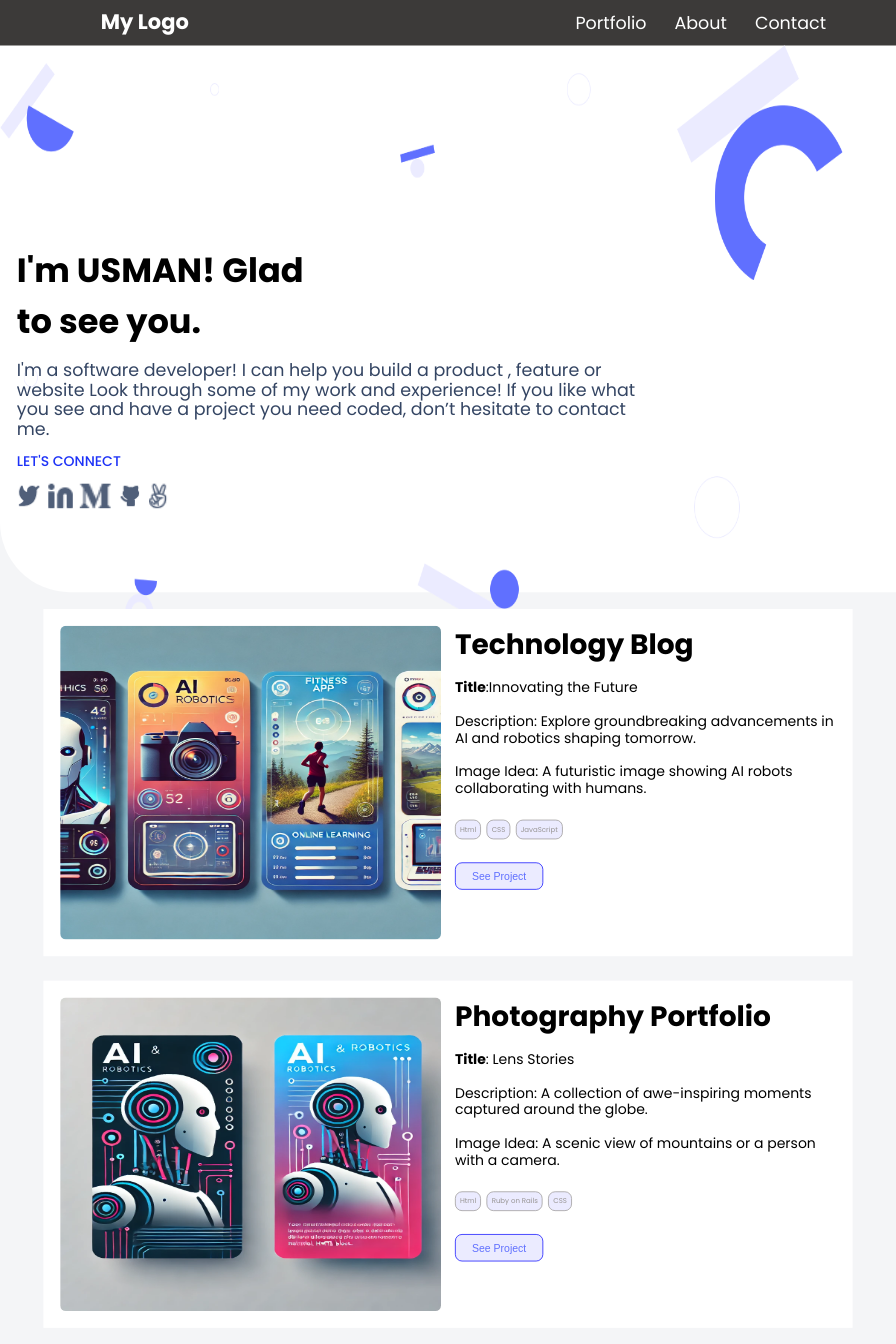
Repository: usman3123/portfolio-template-3
Page: index.html
An editor plug-in stored every save of this project. The page is shown before and after the next save, followed by the edit.
The browser window is 1280 px wide. The pictures show the part of the page from y = 0 to 1920 px (the page is 4283 px tall), at 70% of full size.
Some web libraries are served in a nearby version.

Above is the page before, as saved 2025-03-13 10:19:24.

### index.html
<!DOCTYPE html>
<html lang="en">
<head>
  <meta charset="UTF-8">
  <meta name="viewport" content="width=device-width, initial-scale=1.0">
  <title>project 2</title>
  <link rel="stylesheet" href="style.css">
  <link href='https://unpkg.com/boxicons@2.1.4/css/boxicons.min.css' rel='stylesheet'>
  <link rel="stylesheet" href="https://cdnjs.cloudflare.com/ajax/libs/font-awesome/6.6.0/css/all.min.css" integrity="sha512-Kc323vGBEqzTmouAECnVceyQqyqdsSiqLQISBL29aUW4U/M7pSPA/gEUZQqv1cwx4OnYxTxve5UMg5GT6L4JJg==" crossorigin="anonymous" referrerpolicy="no-referrer" />
  <link rel="stylesheet" href="https://cdnjs.cloudflare.com/ajax/libs/font-awesome/6.6.0/css/all.min.css" integrity="sha512-Kc323vGBEqzTmouAECnVceyQqyqdsSiqLQISBL29aUW4U/M7pSPA/gEUZQqv1cwx4OnYxTxve5UMg5GT6L4JJg==" crossorigin="anonymous" referrerpolicy="no-referrer" />

  <link rel="stylesheet" href="https://cdnjs.cloudflare.com/ajax/libs/font-awesome/6.7.2/css/all.min.css">
  <link rel="preconnect" href="https://fonts.googleapis.com">
<link rel="preconnect" href="https://fonts.gstatic.com" crossorigin>
<link href="https://fonts.googleapis.com/css2?family=Poppins:ital,wght@0,100;0,200;0,300;0,400;0,500;0,600;0,700;0,800;0,900;1,100;1,200;1,300;1,400;1,500;1,600;1,700;1,800;1,900&display=swap" rel="stylesheet">
</head>

<body>
<div class="herostyle"></div>
  <section class="wholebody">
    <section class="webpage">
      <!-- Navbar -->

    <div class="hero-page">
      <div class="header-div">
        <nav class="nav-bar flex">
            <h4 class="nav-heading">My Logo</h4>
            <div class="nav-links flex">
                <a  class="link">Portfolio</a>
                <a href="#myabout" class="link">About</a>
                <a href="#mycontact" class="link" >Contact</a>
            </div>
            <i class="fa-solid fa-light fa-bars fa-xl nav-icon" id="nav-icon"></i>
        </nav>
    </div>

      <!-- Main Content -->
      <section id="myportfolio" class="hero-section flex">
        <div class="hero-content flex">
            <h1 class="hero-head"> I'm USMAN!
              Glad to see you.
          </h1>
          <p class="hero-p">
            I'm a software developer! I can help you build a product , feature or website Look through  some of my work and experience! If you like what you see and have a project you need coded, don’t hesitate to contact me.
          </p>
        <p class="let-connect"> LET'S CONNECT</p>

          <div class="icons flex">
              <img src="/assets/twitter.png" class="media-icon">
              <img src="assets/Linkedin.png" class="media-icon">
              <img src="assets/M.png" class="media-icon">
              <img src="assets/Github.png" class="media-icon">
              <img src="assets/V.png" class="media-icon">
          </div>
        </div>
      </section>

    </div>
      <!-- Cards Section -->

      <div class="overlay">
        <section class="cards flex">

        </section>

      </div>

      <!-- ABOUT MYSELF -->

      <section id="myabout" class="about flex">

        <div class="about-intro flex">
          <h1 class="about-head">About Myself</h1>
          <p class="about-paragraph">Hello I'm a software developer! I can help you build a product , feature or website Look through some of my work and experience! If you like what you see and have a project you need coded, don't hesitate to contact me.</p>
            <p class="connect">Let's Connect</p>
            <div class="icons flex icon-gap">
              <img src="assets/twitter.png" class="twitter">
              <img src="assets/Linkedin.png" class="inimage">
              <img src="assets/M.png" class="mimage">
              <img src="assets/Github.png" class="tomimage">
              <img src="assets/V.png" class="protocol">
          </div>
          <button class="content-btn rsm-btn"> Get my resume</button>
        </div>

        <div class="about-skills flex">
          <div class="clicker">
            <div class="about-all flex">
              <p>Languages</p>
              <i class='bx bx-chevron-down remove downicon'></i>
              <i class='bx bx-chevron-right  language-icon'></i>
            </div>
            <div class="about-lang-languages flex">
              <div class="about-lang-img1 flex">
                <i class="fa-brands fa-js sty-i" style="color: #ff0000;"></i>
                <p class="stylee">JavaScript</p>
              </div>
              <div class="about-lang-img1 flex">
                <i class="fa-brands fa-html5 sty-i" style="color: #FFD43B;"></i>
                <p class="stylee">Html</p>

              </div>
              <div class="about-lang-img1 flex">
                <i class="fa-brands fa-css3-alt sty-i" style="color: #74C0FC;"></i>
                <p class="stylee">css</p>
              </div>
            </div>
          </div>
          <div class="about-all flex">
            <p> Frameworks</p>
            <i class='bx bx-chevron-down remove ficon'></i>
            <i class='bx bx-chevron-right  frame-icon'></i>
          </div>
          <div class="about-lang-frameworks flex">
            <div class="about-lang-img2 flex">
              <i class="fa-brands fa-bootstrap icon-style" style="color: #075ef2;"></i>
              <p class="stylee">bootStrap</p>
            </div>
            <div class="about-lang-img2 flex">
              <i class="fa-solid fa-gem icon-style" style="color: #ff0000;"></i>
              <p class="stylee">Ruby on Rails</p>
            </div>
            <div class="about-lang-img2 flex">
              <i class="fa-brands fa-react icon-style" style="color: #437ddf;"></i>
              <p class="stylee">React.js</p>
            </div>
          </div>
          <div class="about-all flex">
            <p>Skills</p>
            <i class='bx bx-chevron-down remove sicon'></i>
            <i class='bx bx-chevron-right  skill-icon'></i>
          </div>
          <div class="about-lang-skills flex">
            <div class="about-lang-img2 flex">
              <i class="fa-brands fa-figma icon-style" style="color: #5719e6;"></i>
              <p class="stylee">Figma</p>
            </div>
            <div class="about-lang-img2 flex">
              <i class="fa-brands fa-github icon-style"></i>
              <p class="stylee">Github</p>
            </div>
            <div class="about-lang-img2 flex">
              <i class="fa-brands fa-git-alt icon-style" style="color: #e75608;"></i>
              <p class="stylee">Git</p>
            </div>
          </div>
        </div>
      </section>


      <!-- Contact section -->

        <section id="mycontact" class="contact-section flex">
        <h1 class="contact-heading">Contact Me</h1>
        <p class="contact-description flex">
            If you have an application you are interested in developing, a feature that you need built, or a project that needs coding, I'd love to help with it!
        </p>
        <form class="contact-form flex">
            <input class="form-input" type="text" placeholder="Your Name">
            <input class="form-input" type="email" placeholder="Your Email">
            <textarea class="form-message" placeholder="Write your message here..."></textarea>
            <button class="form-button flex">Get in Touch</button>
        </form>

    </section>
    </section>

  </section>
  <div class="container"></div>
<script src="index.js"></script>
</body>
</html>

### style.css
*{
    margin: 0;
    padding: 0;
    box-sizing: border-box;
}

body {
    font-family: "Poppins", "Lucida sans", sans-serif;
    background-color: #f4f5f7;
    font-size: 16px;
    transition: 0.3s ease-in-out all;
}


.flex {
    display: flex;
}

.wholebody{
    display: flex;
    justify-content: center;
}

/* nav-bar */

.header-div {
    background-color: #3c3a39;
    width: 100%;
}

.nav-bar {
    justify-content: space-between;
    color: white;
    max-width: 1204px;
    align-items: center;
    padding: 10px 24px;
}

.nav-heading {
    font-size: 30px;
    padding-left: 120px;
}

.nav-links {
    gap: 40px;
    align-items: center;
    font-size: 25px;
    display: none;
}
.nav-icon {
    display: flex;
    width: 24px;
}



/* hero-section */

.hero-page {
    background-color: white;
    border-bottom-left-radius: 100px;
    max-width: 1440px;
    max-height: 846px;
    height: 100%;
}

.blur {
    backdrop-filter: blur(8px);
    z-index: 100;
}
.end-dash {
    width: 20px;
}

.overlaystyle {
    background-color: #7e8bff;
    height: 100vh;
    animation-name: slow;
    animation-duration: 2s;
    animation-iteration-count: 1;
    transition: filter 3s ease;
    width: 100%;
}
@keyframes slow {
    form{
top: 250px;
    }
    to {
bottom: 2500px;
    }
}

.links-after-click {
    display: flex;
    flex-direction: column;
    justify-content: center;
    gap: 35px;
    font-size: 30px;
    color: white;
    padding: 140px 0 0 24px;
    position: relative;
}

.links-after-click ::before {
    content: "";
    width: 290px;
    top: 540px;
    height: 4px;
    background-color: black;
    position: absolute;
    padding-left: 30px;
}
.hero-section {
    height: 846px;
    align-items: center;
    justify-content: center;
    padding-left: 20%;
    background-image: url(/assets/Header\ bg@2x.png);
    background-repeat: no-repeat;
    background-size: 95% 100%;
    padding: 6.25em 1.5em 0 1.5em;
    transition: 0.3s ease-in-out all;
}
.hero-content {
    flex-direction: column;
    gap: 20px;
}

.hero-head {
    font-size: 48px;
    font-weight: 700;
    width: 35%;
}

#closepopup {
    font-size: 30px;
    color: white;
    padding: 24px 0 0 325px;
}

#close-popup {
    font-size: 20px;
    color: white;
    border: 1px solid black;
    background-color: black;
    height: 26px;
    border-radius: 15px;
    width: 28px;
    display: flex;
    align-items: center;
    justify-content: center;
}

.hero-p {
    font-size: 25px;
    line-height: 28px;
    color: #344563;

    width: 73%;
}

.let-connect {
    color: #1d32f7;
    font-size: 20px;
    font-weight: 500;
    line-height: 24px;
}

.media-icon {
    height: 35px;
    transition: 0.3s ease-in-out all;
}

.icons {
    gap: 10px;
}

.nav-head {
    max-width: 1440px;
    width: 100%;
}
.enable {
    color: blue;
}
.link {
    color: white;
    text-decoration: none;
}

/* card-section */

.cards {
    flex-direction: column;
    align-items: center;
    gap: 35px;
    padding: 24px;
    position: relative;
}
.card {
    background-color: white;
    max-width: 1156px;
    max-height: 496px;
    width: 100%;
    padding: 24px;
    gap: 20px;
}
.card-img {
    max-width: 544px;
    width: 50%;
    border-radius:8px ;
}

.card-content {
    flex-direction: column;
    gap: 24px;
}

.card-head {
    font-size: 40px;
    font-weight: 700;
    line-height: 52px;
}
#photo-content {
    font-size: 40px;
    font-weight: 700;
    line-height: 52px;
}
.content-p {
    font-size: 20px;
    font-weight: 400;
    line-height: 24px;
}
.content-sp {
    font-size: 20px;
    font-weight: 400;
    line-height: 24px;
}

.languages {
    gap: 8px;
    align-items: center;
}

.lang {
    padding: 4px 12px;
    color: #6070ff;
    background-color: #ebebff;
    border-radius: 10px;
}

.content-btn {
    max-width: 126px;
    width: 100%;
    padding: 4px 12px;
    color: #6070ff;
    background-color: #ebebff;
    border-radius: 10px;
    padding: 10px;
    border: 1px solid blue;
    font-size: 15px;
}

/* about-section */

.about {
    padding: 10%;
    gap: 30px;
}

.about-intro {
    flex-direction: column;
    max-width: 447px;
    max-height: 331px;
    gap: 9px;
}

.about-head {
    font-size: 30px;
    font-weight: 700;
    line-height: 52px;
}
.about-paragraph {
    font-size: 16px;
    line-height: 24px;
}
.connect {
    color: #6070ff;
    font-size: 25px;
}

.about-skills {
    max-width: 684px;
    flex-direction: column;
    width: 100%;
    gap: 20px;
}

.about-all {
    justify-content: space-between;
    font-size: 25px;
}
.stylee {
    font-size: 20px;
}
.about-lang-languages {
    gap: 20px;
    padding: 12px;
    display: none;
}
.about-lang-frameworks {
    gap: 20px;
    padding: 12px;
    display: none;
    flex-direction: column;
}
.about-lang-skills {
    gap: 20px;
    padding: 12px;
    display: none;
    flex-direction: column;
}
.about-lang-img1 {
    gap: 30px;
    flex-direction: column;
}

.about-lang-img2 {
    gap: 30px;
}
.icon-style {
    font-size: 60px;
}
.sty-i {
    font-size: 80px;
}
.about-lang-img > p {
    font-size: 25px;
}
.contact-section {
    flex-direction: column;
    align-items: center;
    gap: 24px;
    background-color: #6070ff;
    background-image: url(/assets/contact\ form\ background\ shapes@2x.png);
    background-size: contain;
    background-repeat: no-repeat;
    border-top-left-radius: 100px;
    padding: 100px 24px;
}
.contact-heading {
    font-size: 3rem;
    font-weight: 700;
    line-height: 5.2rem;
    color: white;
}
.contact-description {
    max-width: 569px;
    font-size: 1.5rem;
    text-align: center;
    color: white;
    max-height: 137px;

}
.contact-form {
    gap: 27px;
    flex-direction: column;
    max-width: 447px;
    width: 100%;
    align-items: center;
}

.form-input {
    padding: 15px 16px;
    background-color: white;
    color: black;
    font-size: 20px;
    width: 100%;
}
.form-message {
    color: black;
    font-size: 20px;
    padding: 15px 16px;
    height: 170px;
    width: 100%;
}
.form-button {
    padding: 12px 15px;
    color: blue;
    font-size: 17px;
    font-weight: 500;
    align-items: center;
    width: 130px;
}
html {
    font-size: 62.5%;
}

.container {
    max-width: 1156px;
    width: 100%;

}

.inner-container {
    padding: 24px;
    width: 100%;
    height: 100%;
    max-width: 1156px;
    max-height: 1163px;
    position: absolute;
    top: 228%;
    left: 50%;
    transform: translate(-50%,-50%);
    background-color: white;
}
.overlay {
    width: 100%;
    height: 100%;
    background: #f4f5f7;
    backdrop-filter: blur(8px);
    display: contents;
}
.remove {
    display: none !important;
}

.block {
    display: flex !important;
}

.blur {
    filter: blur(15px);
}
.heading > h2{
    align-items: center;
    justify-content: space-between;
}

.languages {
    gap: 8px;
}


.wrapimg {
    width: 100%;
    height: 60.3%;
    max-width: 1108px;
    max-height: 586px;
}

.p3 {
    display: none;
}

.paragraph {
    color: #344563;
    font-size: 2rem;
    text-wrap: wrap;
}

.btnimg {
    width: 20px;
    height: 20px;
}

.livebtn {
    width: 43.6%;
    height: 48px;
    gap: 20px;
    padding: 12px 16px;
    background-color: #36B37F;
    color: white;
    font-size: 17px;
    align-items: center;
}

.sourcebtn {
    width: 49%;
    height: 48px;
    gap: 20px;
    padding: 12px 16px;
    background-color: #36B37F;
    color: white;
    font-size: 17px;
    align-items: center;
}

.livebtn > p {
    font-size: 1.7rem;
    line-height: 2.4rem;
    font-weight: 700;
}

.buttons {
    width: 311px;
    height: 56px;
    gap: 24px;
    margin-top: 30px;
}

.btnimg {
    filter: brightness(0) invert(1);
}

.languages {
    padding: 9px 0;
}

.heading > h2 {
    font-size: 32px;
    line-height: 44px;
}
.icon-head {
    justify-content: space-between;
    font-size: 3rem;
    text-align: center;
}
.lang {
    font-size: 1rem;
    color: #979493;
    padding: 5px 6px;
    border: 1px solid #979493;
}

.style {
    position: fixed;
    transform: translate(-50%,-50%);
    top: 50%;
}

@media (max-width :600px) {
    .p1 {
     display: none;;
    }

    .p2 {
        display: none;
    }

    .p3 {
        display: block;
    }

    .wrap {
        flex-direction: column;
        padding-top: 20px;
    }

    .wrapimg {
        width: 100%;
        height: 29.3%;
        max-width: 872px;
        max-height: 616px;
    }
    .inner-container {
        height: 75%;
    }
    .heropage {
        border-radius: 0;
    }
}








@media (max-width : 1100px) {
    .hero-head {
        width: 53%;
    }
    .card-head {
        font-size: 2rem;
    }
    #photo-head {
        font-size: 27px;
    }
    .content-p {
        font-size: 15px;
    }
    .content-sp {
        font-size: 15px;
        display: none;
    }
    .card-content {
        gap: 20px;
    }

}
@media (max-width :870px) {
    .card {
        flex-direction: column;
        max-height: 552px;
        padding: 25px;
    }
    .card {
        max-width: 327px;
    }
    .about {
        flex-direction: column;
    }
    .nav-heading {
        padding-left: 0px;
    }


}
@media (max-width : 870px) {
    .hero-head {
        width: 100%;
        font-size: 40px;
    }
    .hero-section {
        padding: 24px;
    }
    .hero-p {
        width: 100%;
    }
    .card-img {
        width: 100%;
        height: 18vh;
    }
    .card-content {
        gap: 2px;
    }
}
@media (min-width : 700px) {
    .nav-links {
        display: flex;
    }
    #nav-icon {
        display: none;
    }

}
@media (min-width : 1441px) {
    .card-content {
        gap: 30px;
    }
}

Loaded but not shown: index.js (340 lines, source omitted)

After the next save:
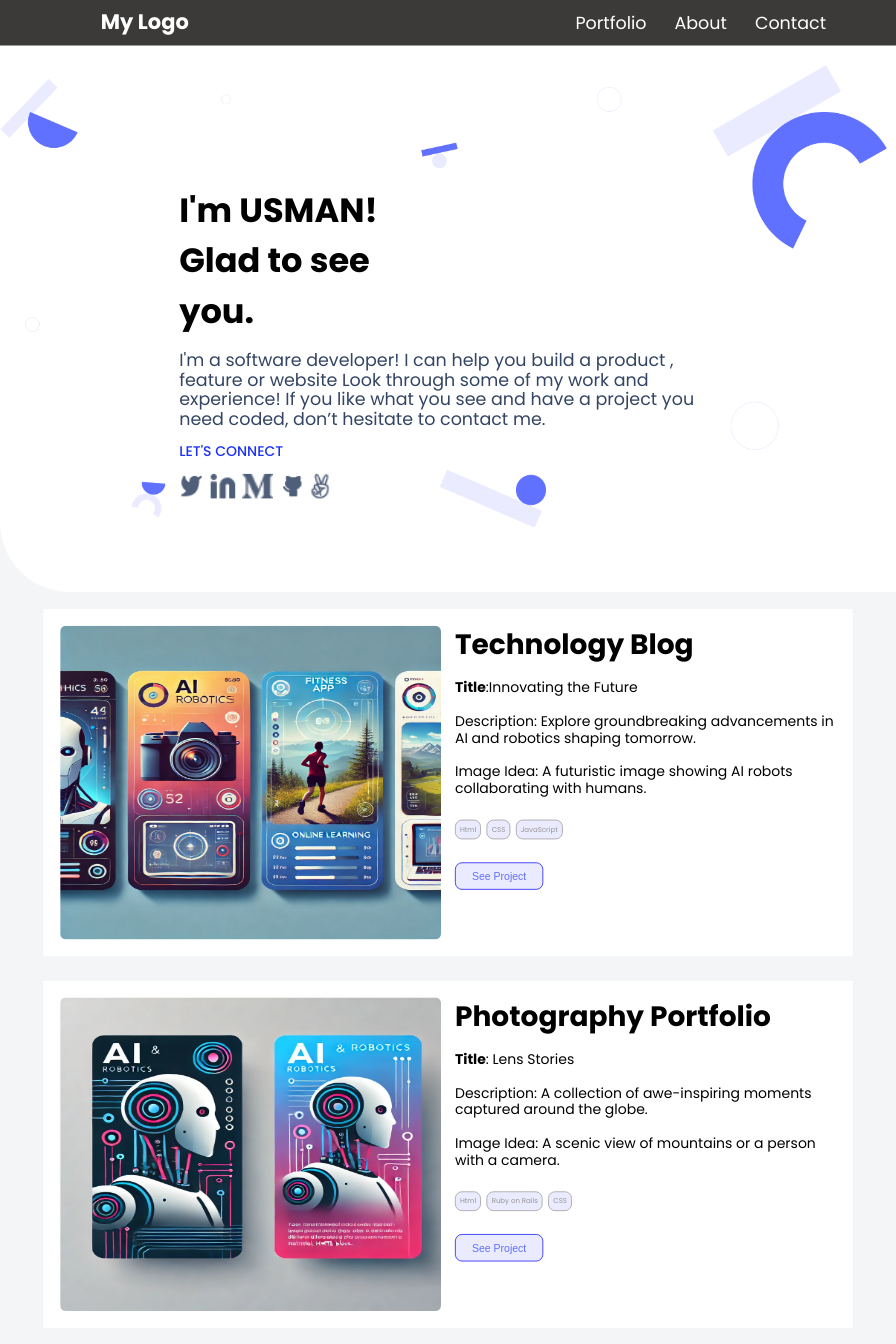
Saved 29 s later.
--- a/style.css
+++ b/style.css
@@ -59,9 +59,13 @@ body {
 .hero-page {
     background-color: white;
     border-bottom-left-radius: 100px;
-    max-width: 1440px;
+    background-image: url(/assets/Header\ bg@2x.png);
+    background-size: contain;
     max-height: 846px;
     height: 100%;
+    background-position: center;
+    background-repeat: no-repeat;
+    max-width: 1440px;
 }
 
 .blur {
@@ -115,11 +119,6 @@ bottom: 2500px;
     align-items: center;
     justify-content: center;
     padding-left: 20%;
-    background-image: url(/assets/Header\ bg@2x.png);
-    background-repeat: no-repeat;
-    background-size: 95% 100%;
-    padding: 6.25em 1.5em 0 1.5em;
-    transition: 0.3s ease-in-out all;
 }
 .hero-content {
     flex-direction: column;
